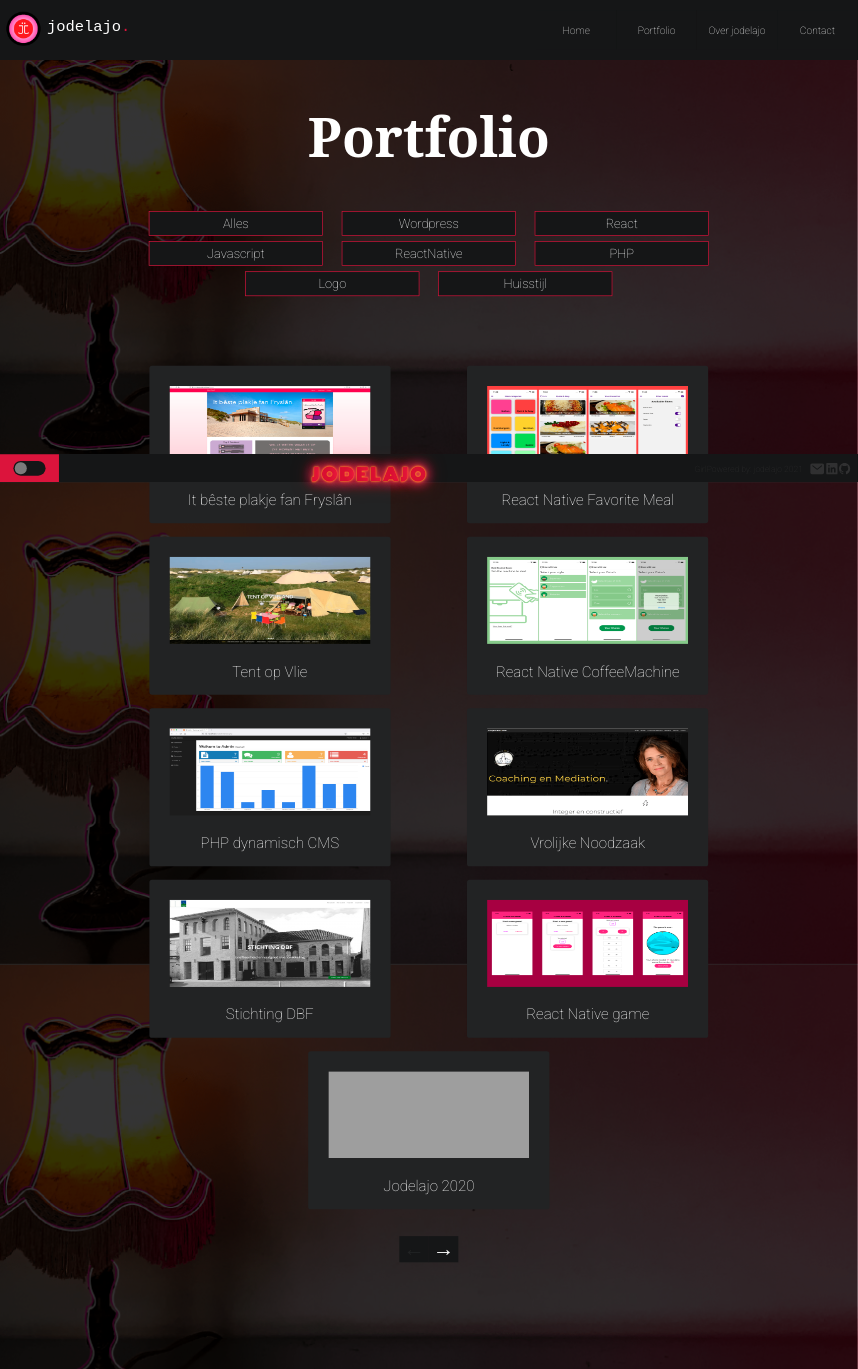
Repository: jodelajo/react-jodelajo
Page: /portfolioscreen
The author's editor kept a copy of each file at every save. The page is drawn from the files as they stood at one save, then again after the next save.
The browser window is 1280 px wide. The pictures show the whole page, at 67% of full size.
Pictures or frames that could not be fetched are drawn as grey boxes. Backgrounds fixed to the window are drawn as part of the page. The project was rebuilt for these pictures with package versions that can differ from the ones it lists, and the page was loaded fresh each time. Also part of the build but not shown: src/pages/landing/Landing.module.css, src/components/landingButton/LandingButton.js, src/pages/landing/Landing.js, src/pages/home/Home.js, src/pages/singlePortfolio/SinglePortfolio.module.css, src/components/characteristics/Characteristics.js, src/pages/singlePortfolio/SinglePortfolio.js, src/pages/about/About.module.css and 3 more.

Above is the page before, as saved 2021-11-12 20:26:45.

### public/index.html
<!DOCTYPE html>
<html lang="en">
  <head>
    <meta charset="utf-8" />
    <link rel="icon" href="%PUBLIC_URL%/favicon.ico" />
    <link rel="preconnect" href="https://fonts.gstatic.com">
    <link href="https://fonts.googleapis.com/css2?family=Roboto:wght@100;400;900&display=swap" rel="stylesheet">
    <link rel="preconnect" href="https://fonts.gstatic.com">
    <link href="https://fonts.googleapis.com/css2?family=Noto+Serif:wght@400;700&display=swap" rel="stylesheet">
    <meta name="viewport" content="width=device-width, initial-scale=1" />
    <meta name="theme-color" content="#000000" />
    <meta
      name="description"
      content="Jodelajo Design && Coding"
    />

    <title>Jodelajo - Frontend development</title>
  </head>
  <body>

    <div id="root"></div>

  </body>
</html>

### src/index.js
import React from "react";
import ReactDOM from "react-dom";
import "./index.css";
import App from "./App";
import { BrowserRouter as Router } from "react-router-dom";
import reportWebVitals from "./reportWebVitals";

ReactDOM.render(
  <React.StrictMode>
    <Router>
      <App />
    </Router>
  </React.StrictMode>,
  document.getElementById("root")
);

reportWebVitals();

### src/index.css
@import url('https://fonts.googleapis.com/css2?family=Courier+Prime:wght@400;700&family=Monoton&display=swap');

:root {
  --colors-primary: #151617;
  --colors-background: white;
  --colors-accent: rgb(220, 20, 60);
  --colors-portfolio: #222324;
  --colors-content: rgb(124, 123, 123);
  --colors-footer: #303031;
}
body {
  margin: 0;
  padding: 0;
  font-family: "Roboto", sans-serif;
  box-sizing: border-box;
  font-size: 1.6rem;
  width: 100%;
}

h1 {
  font-size: 3.2rem;
  font-family: "Noto Serif", serif;
  font-weight: 700;
  color: var(--colors-background);
  padding-top: 100px;
}

@media only screen and (min-width: 576px) {
  h1 {
    font-size: 4rem;
  }
}

@media only screen and (min-width: 768px) {
  h1 {
    font-size: 8rem;
  }
}

@media only screen and (min-width: 992px) {
  h1 {
    font-size: 10rem;
  }
}

@media only screen and (min-width: 1200px) {
  h1 {
    font-size: 12rem;
  }
}

### src/App.css
.app-container {
  display: flex;
  flex-direction: column;
  justify-content: space-between;
  width: 100vw;
  align-items: center;

}

.footer {
  display: flex;
  width: 100%;
}

### src/theme.css
.dark {
  --colors-primary: #151617;
  --colors-background: white;
  --colors-accent: rgb(220, 20, 60);
  --colors-portfolio: #222324;
  --colors-content: rgb(124, 123, 123);
  --colors-footer: #303031;
  /* background-color: #151617; */

  background: url('../src/assets/images/bg_21.png') rgba(48, 48, 49, 0.98);
  background-blend-mode: multiply;
  background-size: cover;
  background-repeat: no-repeat;
  background-position: center center;
  min-height: 100vh;
  background-attachment: fixed;
}

.light {
  --colors-primary: #fff;
  --colors-background: #151617;
  --colors-accent: rgb(220, 20, 60);
  --colors-portfolio: rgb(206, 206, 206);
  --colors-content: rgb(124, 123, 123);
  --colors-footer: #303031;
  background-color: #fff;
  min-height: 100vh;
}

### src/components/UseMediaQuery.js


/* eslint-disable react-hooks/exhaustive-deps */
import {useEffect, useState} from "react";

export default function UseMediaQuery(query) {
    const [matches, setMatches] = useState(false);

    useEffect(
        () => {
            const mediaQuery = window.matchMedia(query);
            setMatches(mediaQuery.matches);
            const handler = (event) => setMatches(event.matches);
            mediaQuery.addEventListener("change", handler);
            return () => mediaQuery.removeEventListener("change", handler);
        },
        []
    );
    return matches;
}

### src/components/useGaTracker.js
import { useEffect, useState } from "react";
import { useLocation } from "react-router-dom";
import ReactGA from "react-ga";

const useGaTracker = () => {
    const location = useLocation();
    const [initialized, setInitialized] = useState(false);

    useEffect(() => {
        if (!window.location.href.includes("localhost")) {
        ReactGA.initialize("UA-199953893-1");
        }
        setInitialized(true);
    }, []);

    useEffect(() => {
        if (initialized) {
        ReactGA.pageview(location.pathname + location.search);
        }
    }, [initialized, location]);
};

export default useGaTracker;

### src/components/navBar/NavBar.module.css
.navbar-container {
  display: flex;
  position: fixed;
  top: 0;
  width: 100%;
  height: 90px;
  background-color: var(--colors-primary);
  color: var(--colors-background);
  justify-content: space-between;
  align-items: center;
  z-index: 1;
  font-size: 0.6em;
}

.nav-wrapper {
  display: block;
  top: 90px;
  right: 0;
  width: 200px;
  position: absolute;
}

.nav-wrapper-web {
  display: none;
}

.logo-name-wrapper {
  display: flex;
}

h2 {
  font-family: "Courier New", Courier, monospace;
  font-weight: 300;
  color: var(--colors-background);
}

.dot {
  color: var(--colors-accent);
}

.logo {
  width: 70px;
  height: 70px;
}

.hamburger-icon {
  color: var(--colors-background);
  font-size: 2.2em;
  margin-right: 10px;
  margin-bottom: 12px;
}

#hamburger {
  display: none;
}

.hamburger {
  display: none;
}

.menuClass {
  width: 200px;
  padding: 20px 10px;
  font-weight: 300;
  text-decoration: none;
  color: var(--colors-background);
  text-align: center;
  box-sizing: border-box;
  display: block;
  border-bottom: 2px solid var(--colors-content);
  background-color: var(--colors-primary);
}

@media only screen and (min-width: 992px) {
  .nav-wrapper-web {
    box-sizing: border-box;
    display: flex;
    justify-content: space-between;
  }

  .nav-wrapper {
    display: none;
  }

  .hamburger-icon {
    display: none;
  }

  .menuClass {
    width: 120px;
    background-color: var(--colors-primary);
    border: none;
    font-weight: 300;
  }

  .menuClass:hover {
    color: var(--colors-accent);
  }
}
@media only screen and (min-width: 1600px) {
  .navbar-container {
    font-size: 1.2rem;
  }
  .menuClass {
    width: 160px;
  }
}

### src/components/neon/Neon.js
import styles from './Neon.module.css'

export default function Neon() {
    return (
        <div className={styles.neonWrapper}>


        <div >j</div>
        <div className={styles.o}>o</div>
        <div >d</div>
        <div >e</div>
        <div className={styles.l}>l</div>
        <div >a</div>
        <div className={styles.j2}>j</div>
        <div >o</div>
        {/* <div >'s</div> */}
    </div>

    )
}

### src/pages/home/Home.module.css
.home-wrapper {
  display: flex;
  width: 100vw;
  height: 100%;
  align-items: center;
  justify-content: center;
  flex-wrap: wrap;
  flex-grow: 1;
  min-height: 100%;
  text-align: center;

}

.and {
  color: var(--colors-accent);
}

.main {
  font-size: 1.6rem;
  font-weight: 400;
  color: var(--colors-content);
  margin-bottom: 100px;
  width: 70%;
  height: auto;
  text-align: start;
}

.accent {
  color: var(--colors-background);
  font-weight: 400;
  text-decoration: none;
}

.accent:hover {
  color: var(--colors-accent);
  cursor: pointer;
}

@media only screen and (min-width: 576px) {
  .main {
    font-size: 2rem;
  }
}

@media only screen and (min-width: 768px) {
  .main {
    font-size: 3rem;
    font-weight: 300;
  }

  .accent {
    font-weight: 300;
  }
}

@media only screen and (min-width: 992px) {
  .aboutWrapper {
    width: 70%;
  }
}

@media only screen and (min-width: 1200px) {
  h1 {
    margin-top: 3rem;
  }
  .main {
    font-size: 3.6rem;
  }
}

@media only screen and (min-width: 1600px) {
  .home-wrapper {
    margin-bottom: 40px;
    /* padding-top: 100px; */
    width: 90%;
  }
}

### src/pages/portfolioScreen/PortfolioScreen.module.css
.port-container {
  width: 80%;
  flex-grow: 1;
  display: flex;
  flex-direction: column;
  align-items: center;
  margin-top: 0;
  margin-bottom: 160px;
}

.port-container h1 {
  font-size: 2rem;
}

.port-wrapper {
  display: flex;
  flex-direction: row;
  justify-content: space-evenly;
  color: var(--colors-background);
  font-size: 1.4rem;
  font-weight: 200;
  flex-wrap: wrap;
  gap: 20px;
}

.port-comp {
  list-style-type: none;
  text-align: center;
  background-color: var(--colors-portfolio);
  border-radius: 4px;
  padding: 30px 30px 0 30px;
  display: flex;
  flex-direction: column;
  text-decoration: none;
  color: var(--colors-background);
}

.image-box {
  overflow: hidden;
}

.port-img {
  width: 300px;
  height: 130px;
  transition: all 0.3s ease-in-out;
}

.port-img:hover {
  transform: scale(1.1);
}

.port-buttons {
  margin-bottom: 20px;
  display: flex;
  column-gap: 20px;
  flex-wrap: wrap;
  justify-content: center;
}

.cat-button {
  background-color: var(--colors-primary);
  color: var(--colors-background);
  border: 1px solid var(--colors-accent);
  font-family: "Roboto", sans-serif;
  font-size: 1.2rem;
  font-weight: 200;
  width: 130px;
  padding: 6px 2px;
  cursor: pointer;
  margin: 4px;
}
.web-buttons {
  display: flex;
  margin-top: 40px;
}
.arrow-button {
  font-size: 2rem;
  border: none;
  background-color: var(--colors-primary);
  color: var(--colors-background);
  cursor: pointer;
  margin: 0;
}

.arrow-button:hover {
  color: var(--colors-accent);
}

.arrow-button:disabled {
  color: var(--colors-portfolio);
  cursor: default;
}
@media only screen and (min-width: 768px) {
  .port-container h1 {
    font-size: 4rem;
  }
  .port-buttons {
    margin-bottom: 100px;
  }
}

@media only screen and (min-width: 992px) {
  .port-container h1 {
    font-size: 5rem;
  }
  .cat-button {
    width: 260px;
  }
}
@media only screen and (min-width: 1600px) {
  .port-container h1 {
    font-size: 6rem;
  }
  .port-buttons{
    max-width: 60%;
  }
  .port-wrapper {
    max-width: 80%;
  }
  .port-img {
    width: 400px;
    height: 213px;
  }
}

### src/components/footer/Footer.module.css
.footer-container {
  margin-top: -20px;
  position: relative;
  background-color: var(--colors-primary);
  width: 100%;
  height: 43px;
  position: fixed;
  bottom: 0;
  flex-shrink: 1;
  display: flex;
  z-index: 20;
  justify-content: space-between;
  align-items: flex-end;
}

.buttonContainer {
  margin: 0;
}

.neon {

height: 70px;
transform: scale(0.2);
z-index: 30;

}

.info-container {
  display: flex;
  padding-right: 10px;
  column-gap: 10px;
  justify-content: flex-end;
  align-items: center;
}

.contact-text {
  color: var(--colors-footer);
  font-size: 0.8rem;
  font-weight: 200;
}

.icons {
  display: flex;
  align-items: flex-end;
}
.contact-icons a {
  font-size: 1.2rem;
  color: var(--colors-footer);
}

.contact-icons a:hover {
  color: var(--colors-background);
}

.mail {
  font-size: 1.46rem;
  margin-bottom: -3px;
}

### src/components/themeButton/ThemeButton.js
import React, { useState } from "react";
import styles from "./ThemeButton.module.css";

function ThemeButton({ onClick }) {
  const [checked, toggleChecked] = useState(false);

  function handleChecked() {
    onClick();
    toggleChecked(!checked);
  }
  return (
    <>
      <div className={styles["switch-wrapper"]}>
        <input
          type="checkbox"
          className={styles["switch"]}
          id="switch"
          onClick={handleChecked}
        />

        <label htmlFor="switch" className={styles["switch-btn"]} />
      </div>
    </>
  );
}
export default ThemeButton;

### src/components/neon/Neon.module.css

/* body {
    margin: 0;
    background-color: black;
    font-family: 'Monoton', cursive;
    font-size: 6rem;
    font-weight: 700;
    font-variant: small-caps;
    letter-spacing: 18px;
    font-stretch: ultra-expanded;
} */

:root {
    --colors-neon-letter: rgb(218, 17, 51);
    --colors-neon-green: hsla(350, 100%, 59%, 0.7);
    --colors-neon-accent: rgb(247, 140, 40);
}

.neonWrapper {
    /* position: absolute; */
    display: flex;
    flex-direction: row;
    font-family: 'Monoton', cursive;
    font-size: 6rem;
    font-weight: 700;
    font-variant: small-caps;
    letter-spacing: 18px;
    font-stretch: ultra-expanded;
    /* width: 30rem;
    height: 10rem; */
    /* align-items: center;
    justify-content: center; */
    /* transform: translate(-50%, -50%); */
    color: var(--colors-neon-letter);
    text-shadow:
    0 0 7px var(--colors-neon-accent),
    0 0 10px var(--colors-neon-accent),
    0 0 21px var(--colors-neon-accent),
    0 0 42px var(--colors-neon-green),
    0 0 82px var(--colors-neon-green),
    0 0 92px var(--colors-neon-green),
    0 0 102px var(--colors-neon-green),
    0 0 151px var(--colors-neon-green);

}

.o {
    animation: flicker 30s linear 12s infinite alternate;
}


.l {
    animation: flicker 1.5s infinite alternate;
}

.j2 {
    animation: flicker 5s infinite alternate;
}


@keyframes flicker {

    0%, 18%, 22%, 25%, 53%, 57%, 100% {

        text-shadow:
        0 0 7px var(--colors-neon-accent),
        0 0 10px var(--colors-neon-accent),
        0 0 21px var(--colors-neon-accent),
        0 0 42px var(--colors-neon-green),
        0 0 82px var(--colors-neon-green),
        0 0 92px var(--colors-neon-green),
        0 0 102px var(--colors-neon-green),
        0 0 151px var(--colors-neon-green);

    }

    20%, 24%, 55% {
        text-shadow: none;
    }
  }

  @media only screen and (min-width: 1200px) {
    .neonWrapper {

        font-size: 11rem;
    }
  }

  @media only screen and (min-width: 2000px) {
    .neonWrapper {
        font-size: 16rem;
    }
}

### src/components/landingButton/LandingButton.module.css
:root {
  --colors-pink-light: rgba(255, 226, 246, 1);
  --colors-pink-dark: rgba(255, 119, 193, 1);
  --colors-gradient: radial-gradient(
    circle,
    rgb(255, 239, 250) 0%,
    rgb(255, 34, 155) 100%
  );
  --colors-gradient-yellow: linear-gradient(0deg, rgba(251,242,1,1) 0%, rgba(196,0,0,1) 100%);
  --colors-gradient-black: linear-gradient(0deg, rgba(0,0,0,1) 0%, rgba(12,10,10,0.9) 100%);
}


.buttonWrapper {
  top: -2rem;
    left: 0;
  /* transform: translate(-50%, -50%); */
  position: relative;
  width: 18rem;
  height: 15rem;
  display: flex;
  left: -1.5rem;
  /* align-items: center; */
  justify-content: center;
  border-radius: 50%;
  overflow: hidden;
  /* background-color: gray; */
  transform-style: preserve-3d;
  transform: rotateX(50deg);
  z-index: 1;
}

.hover {
    position: absolute;
    margin-top: -3.5rem;
    width: 15rem;
    height: 13rem;
    border-radius: 50%;
    z-index: 6;
    text-align: center;
    display: inline-block;
    transform-style: preserve-3d;
    transform: rotateX(50deg);
}

.hover:hover {
    box-shadow: inset 0px 0px 40px 30px rgb(70, 9, 42);
}

.glass {
  position: absolute;
  top: -0.7rem;
  width: 10rem;
  height: 6rem;
  background-color: rgba(255, 255, 255);
  opacity: 0.4;
  border-radius: 50%;
  font-size: 1rem;
  color: #fff;

  z-index: 5;
  text-align: center;
  display: block;
  transform-style: preserve-3d;
  transform: rotateX(50deg);
}



.top {
  position: absolute;
  margin-top: 0.7rem;
  width: 8rem;
  height: 5.5rem;
  background-color: rgb(255, 2, 2);
  border-radius: 50%;
  font-size: 1rem;
  color: #fff;

  z-index: 4;
  text-align: center;
  display: block;
  transform-style: preserve-3d;
  transform: rotateX(50deg);
}



.topBackgroundPink {
  position: absolute;
  margin-top: -0.8rem;
  width: 12rem;
  height: 9rem;
  background: var(--colors-gradient);
  border-radius: 50%;
  z-index: 3;
  text-align: center;
  display: block;
  transform-style: preserve-3d;
  transform: rotateX(50deg);
}


.topBackgroundBlack {
  position: absolute;
  margin-top: -3.5rem;
  width: 15rem;
  height: 13rem;
  background-color: #000;
  border-radius: 50%;

  z-index: 2;
  text-align: center;
  display: inline-block;
  transform-style: preserve-3d;
  transform: rotateX(50deg);
}


.text {
  font-size: 4rem;
  margin-top: 0rem;
  font-family: "Courier New", Courier, monospace;
  font-weight: 500;
}

.reverse {
  display: inline-block;
  padding: 0;
  margin-left: -60px;
  transform: scale(-1, 1);
}

.buttonAround {
  position: absolute;
  width: 14.94rem;
  height: 18rem;
  background-color: #000;
  display: block;

  z-index: 1;
}



.buttonAround::after {
  content: "";
  position: absolute;
  display: inline-block;
  left: 0;
  bottom: 0;
  width: 25%;
  height: 100%;
  background: linear-gradient(
    90deg,

    rgba(255, 135, 105, 0.401) 0%,
    rgba(250, 178, 150, 0.616) 20%,
    rgba(159, 159, 159, 0.2) 70%,
    rgba(0, 0, 0, 0.2) 100%
  );
  z-index: 1;
}

.buttonShadow {
  position: relative;
  top: -12.5rem;
  left: 1.5rem;
  width: 20rem;
  height: 12rem;
  border-radius: 50%;
  background: linear-gradient(90deg, rgba(0,0,0,1) 0%, rgba(12,10,10,0.9) 50%, rgba(12,10,10,0.9) 100%);
  z-index: 0;
  transform-style: preserve-3d;
  transform: rotateX(70deg) skewY(4deg);
  box-shadow: 5px 10px 40px 30px rgba(12, 10, 10, 0.9);
}

### src/components/themeButton/ThemeButton.module.css
.switch-wrapper {
    min-width: 100%;
    background-color: var(--colors-accent);
    display: flex;
    justify-content: center;
    align-items: center;
    padding: 10px;
}

.switch {
    display: none;
}

.switch-btn {
    box-sizing: border-box;
    position: relative;
    outline: none;
    width: 3rem;
    height: 1.4rem;
    display: block;
    cursor: pointer;
    background: var(--colors-primary);
    border-radius: 2rem;
    padding: 2px;
    transition: all .4s ease;
}


.switch-btn::after {
    position: relative;
    left: 0;
    display: block;
    content: "";
    width: 40%;
    height: 100%;
    border-radius: 50%;
    background: var(--colors-content);
    transition: all .2s ease;
}

.switch:checked + .switch-btn {
    background: var(--colors-primary);
}

.switch:checked + .switch-btn::after {
    left: 60%;
}

Loaded but not shown: src/reportWebVitals.js (common file); src/data/portfolio.json (243 lines, source omitted); src/pages/portfolioScreen/PortfolioScreen.js (204 lines, source omitted); src/components/navBar/NavBar.js (86 lines, source omitted); src/App.js (55 lines, source omitted); src/components/footer/Footer.js (52 lines, source omitted)

After the next save:
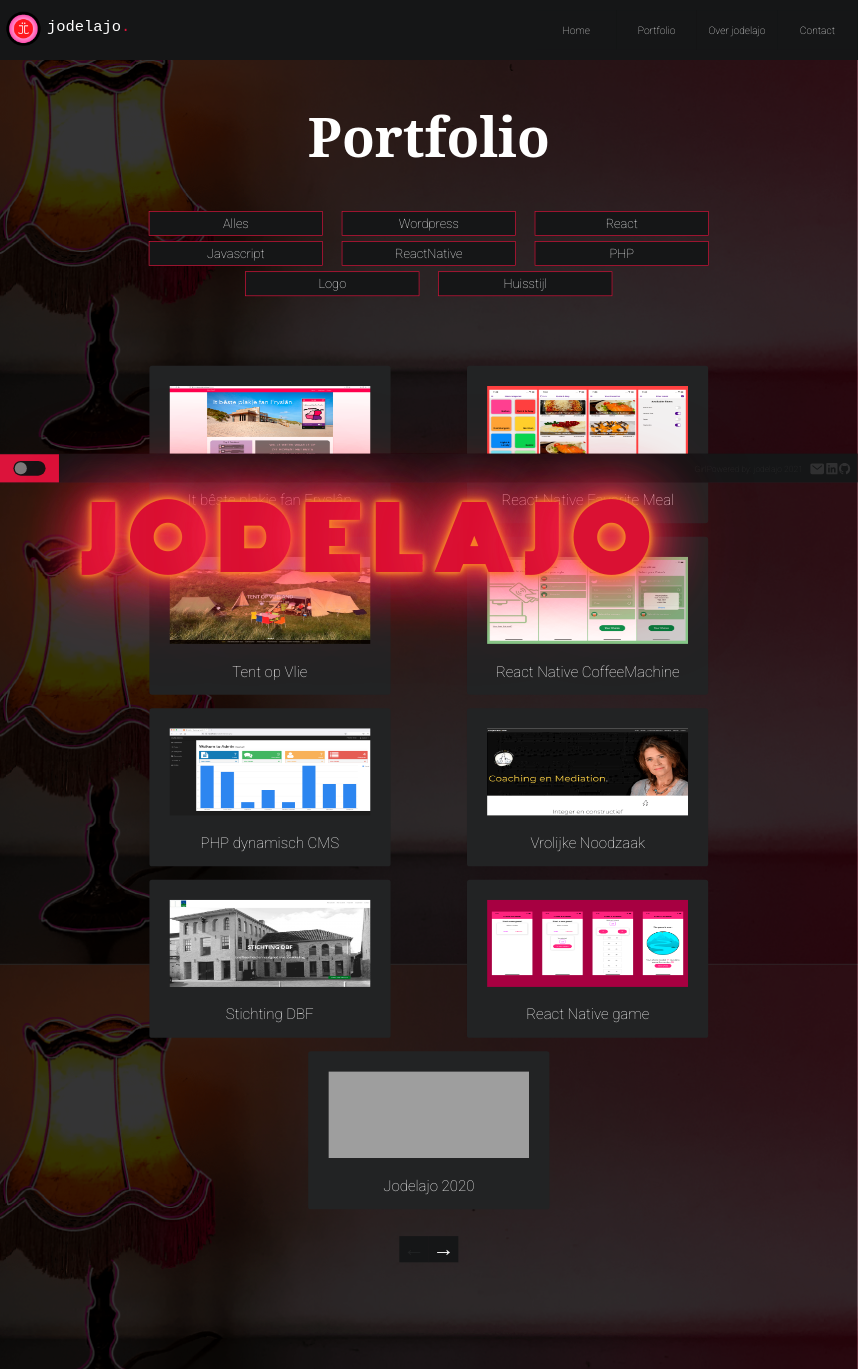
Saved 26 s later.
--- a/src/components/footer/Footer.module.css
+++ b/src/components/footer/Footer.module.css
@@ -1,5 +1,5 @@
 .footer-container {
-  margin-top: -20px;
+
   position: relative;
   background-color: var(--colors-primary);
   width: 100%;
@@ -20,7 +20,7 @@
 .neon {
 
 height: 70px;
-transform: scale(0.2);
+transform: scale(0.1.6);
 z-index: 30;
 
 }

After the save that followed:
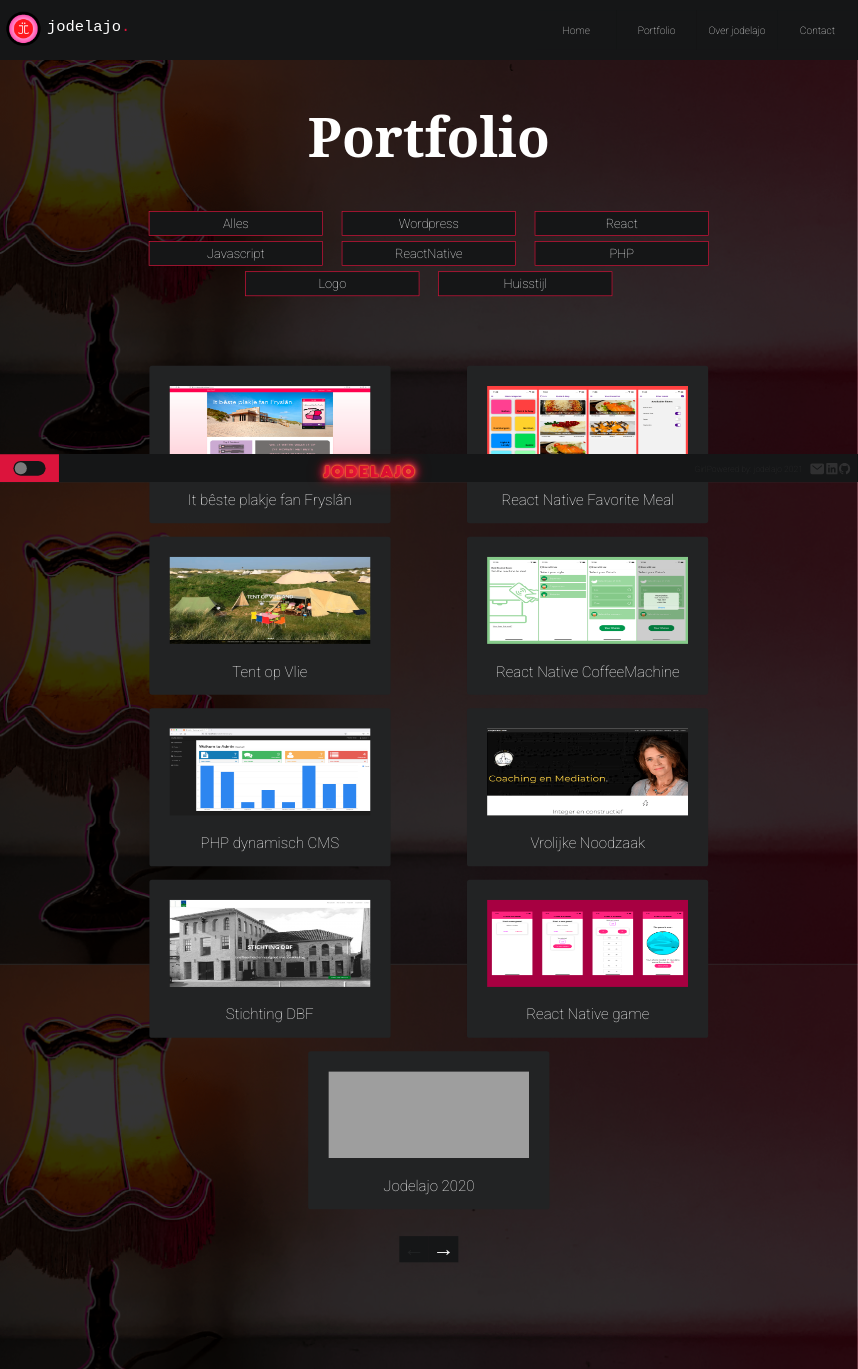
Saved 14 s later.
--- a/src/components/footer/Footer.module.css
+++ b/src/components/footer/Footer.module.css
@@ -20,7 +20,7 @@
 .neon {
 
 height: 70px;
-transform: scale(0.1.6);
+transform: scale(0.16);
 z-index: 30;
 
 }
